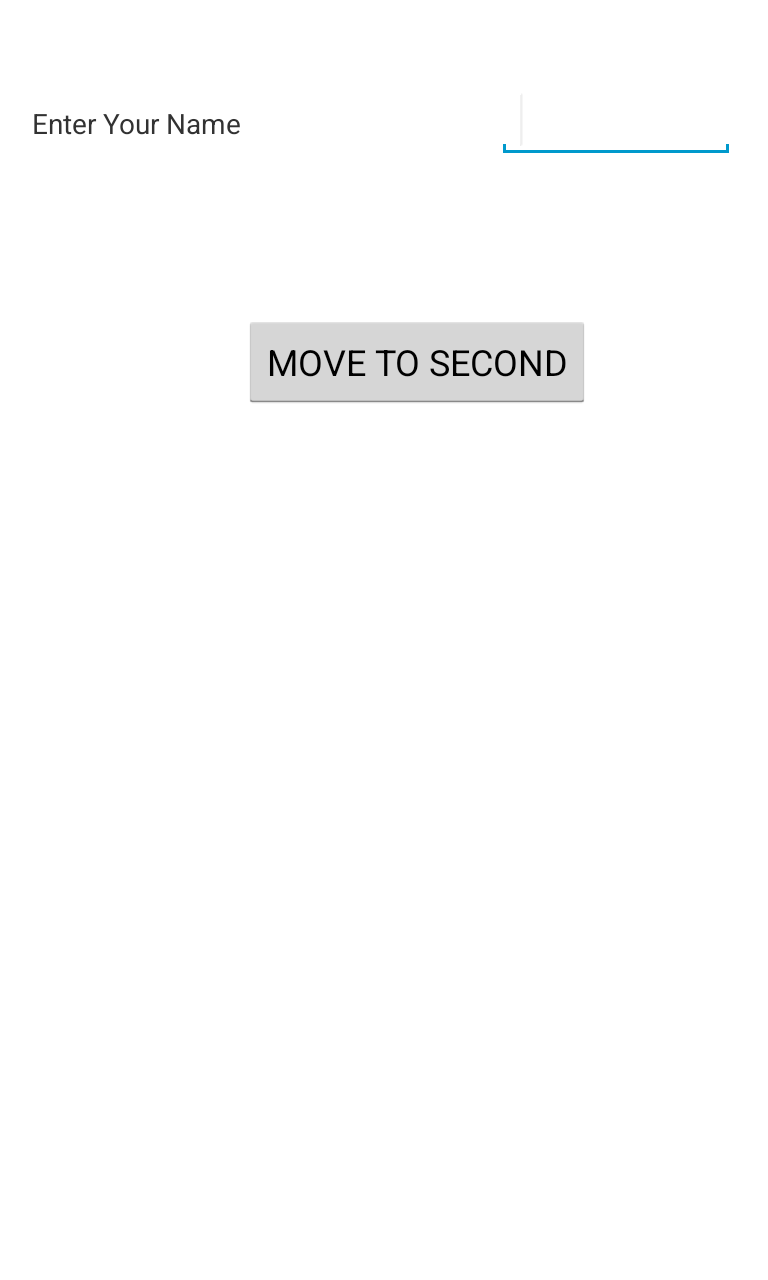
Repository: arjuntheprogrammer/iact
Layout: iact/iact android practice/mywork/BundleDemo/res/layout/activity_main.xml
An editor plug-in stored every save of this project. The layout is shown before and after the next save, followed by the edit.
It is drawn on a 768 x 1280 px phone screen (xhdpi) without system bars, with theme AppTheme; the app's code is not run.

Above is the layout before, as saved 2015-12-26 00:28:07.

After the next save:
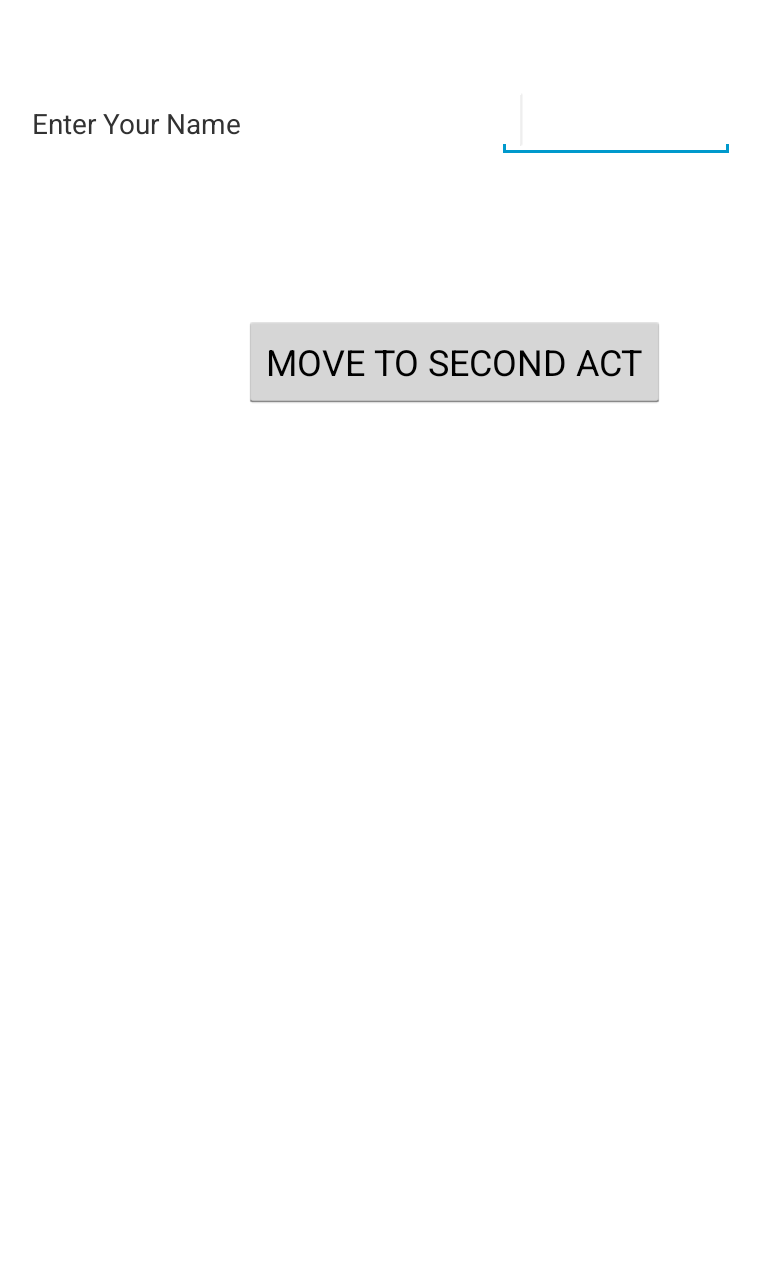
Saved 4 s later.
--- a/iact/iact android practice/mywork/BundleDemo/res/layout/activity_main.xml
+++ b/iact/iact android practice/mywork/BundleDemo/res/layout/activity_main.xml
@@ -37,6 +37,6 @@
         android:layout_below="@+id/editText1"
         android:layout_marginTop="77dp"
         android:layout_toRightOf="@+id/textView1"
-        android:text="MOVE TO SECOND" />
+        android:text="MOVE TO SECOND ACT" />
 
 </RelativeLayout>
